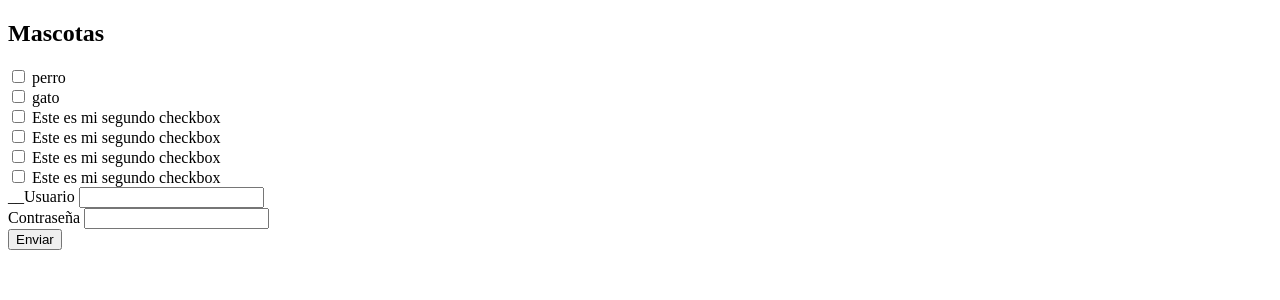
Repository: felipeverdugo/Java-y-Aplicaciones-Avanzadas-sobre-Internet
Page: work/Practica1Web40/src/main/webapp/mascotas.html
An editor plug-in stored every save of this project. The page is shown before and after the next save, followed by the edit.
The browser window is 1280 px wide. The pictures show the whole page.

Above is the page before, as saved 2024-03-20 14:00:27.

After the next save:
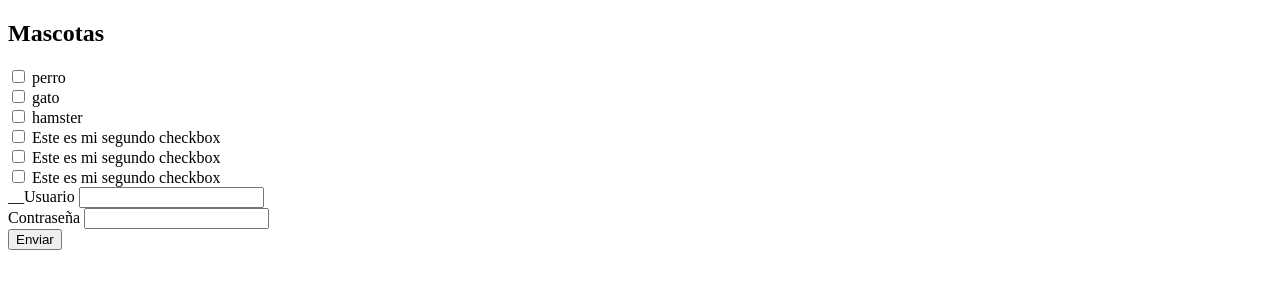
Saved 17 s later.
--- a/work/Practica1Web40/src/main/webapp/mascotas.html
+++ b/work/Practica1Web40/src/main/webapp/mascotas.html
@@ -16,8 +16,8 @@
 		<label for="gato">gato</label>
     	<br>
 
-    	<input type="checkbox" id="cbox2" value="second_checkbox" />
-		<label for="cbox2">Este es mi segundo checkbox</label>
+    	<input type="checkbox" id="hamster" value="second_checkbox" />
+		<label for="hamster">hamster</label>
     	<br>
 
     	<input type="checkbox" id="cbox2" value="second_checkbox" />
